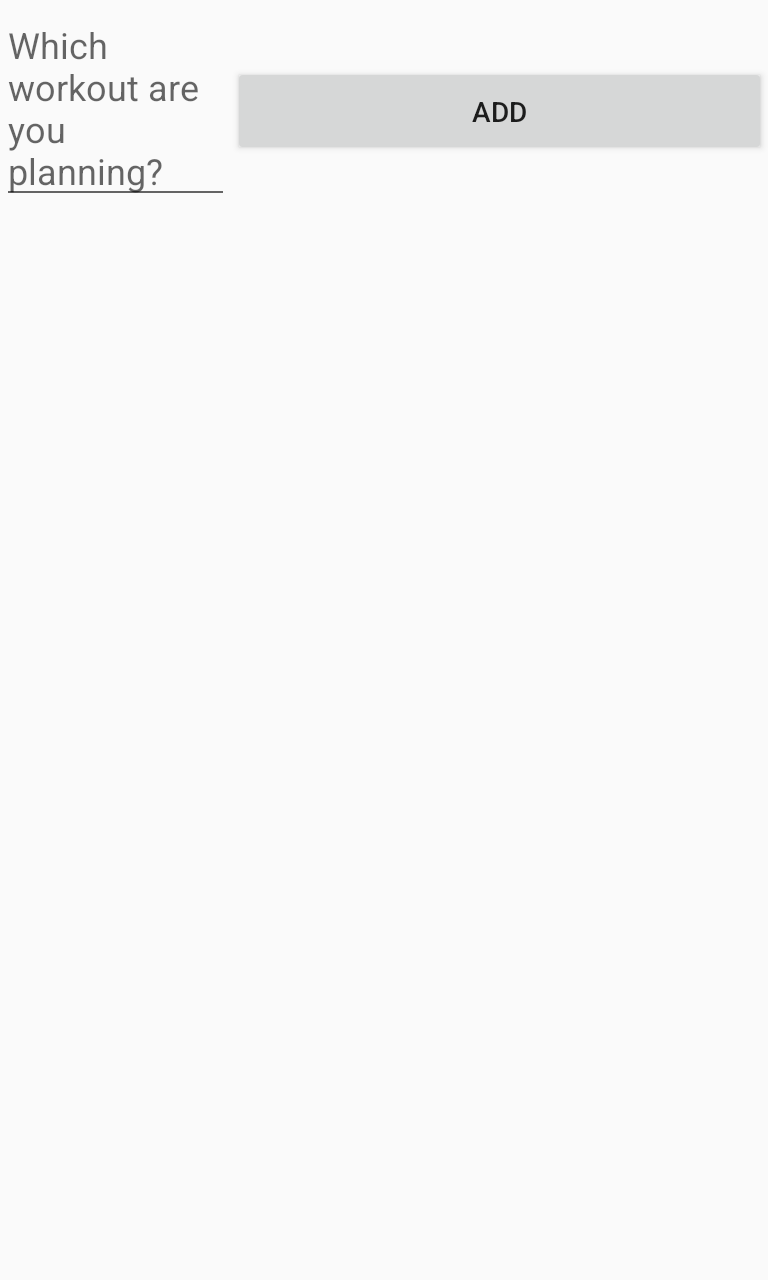
Repository: apoorvelec/AndroidApps
Layout: Gymdroid/res/layout/activity_monday.xml
These files come from the project's save history. The layout is drawn as it stood at one moment and after the next save; the edit follows.
It is drawn on a 768 x 1280 px phone screen (xhdpi) without system bars, with theme AppTheme; the app's code is not run.

Above is the layout before, as saved 2016-07-16 23:54:33.

### Gymdroid/res/layout/activity_monday.xml
<?xml version="1.0" encoding="utf-8"?>
<LinearLayout xmlns:android="http://schemas.android.com/apk/res/android"
    android:layout_width="match_parent"
    android:layout_height="match_parent"
    android:orientation="vertical" >

    <LinearLayout
        android:layout_width="fill_parent"
        android:layout_height="wrap_content"
        android:orientation="horizontal">

    	<EditText
        	android:id="@+id/monday_workout_suggestion"
        	android:layout_width="fill_parent"
        	android:layout_height="wrap_content"
        	android:layout_weight="7"
        	android:focusable="true"
        	android:hint="@string/workout_suggestion_hint" />
    	<Button
    	    android:id="@+id/monday_workout_suggestion_btn"
    	    android:layout_height="wrap_content"
    	    android:layout_width="fill_parent"
    	    android:layout_weight="3"
    	    android:text="add"
    	    />
    </LinearLayout>



</LinearLayout>

### Gymdroid/res/values/strings.xml
<?xml version="1.0" encoding="utf-8"?>
<resources>

    <string name="app_name">Gymdroid</string>
    <string name="hello_world">Hello world!</string>
    <string name="action_settings">Settings</string>

    <string name="monday_button">Monday</string>
    <string name="tuesday_button">Tuesday</string>
    <string name="wednesday_button">Wednesday</string>
    <string name="thursday_button">Thursday</string>
    <string name="friday_button">Friday</string>

    <string name="monday_workout">Monday Workout Schedule</string>
    <string name="tuesday_workout">Tuesday Workout Schedule</string>
    <string name="wednesday_workout">Wednesday Workout Schedule</string>
    <string name="thursday_workout">Thursday Workout Schedule</string>
    <string name="friday_workout">Friday Workout Schedule</string>

    <string name="workout_suggestion_hint">Which workout are you planning?</string>
</resources>

Loaded but not shown: Gymdroid/res/values/styles.xml (common file); Gymdroid/res/values-v11/styles.xml (common file); Gymdroid/res/values-v14/styles.xml (common file)

After the next save:
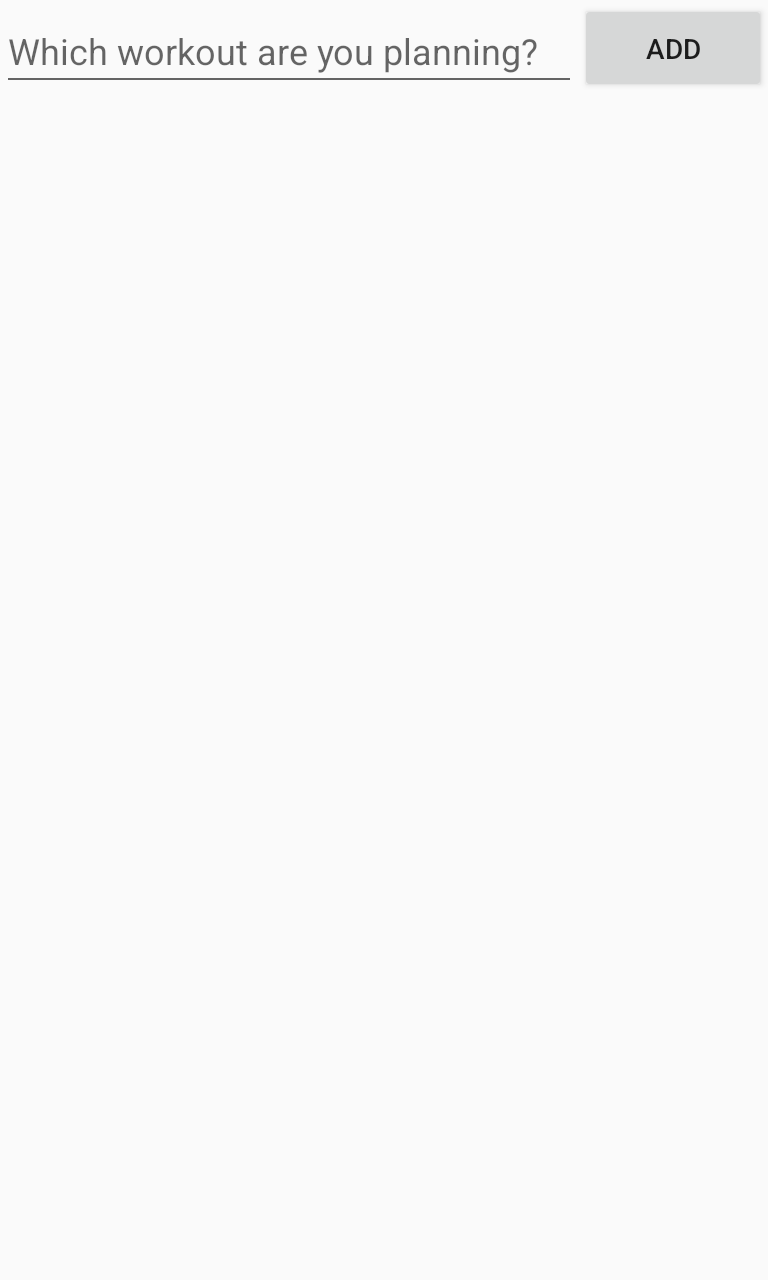
Saved 83 s later.
--- a/Gymdroid/res/layout/activity_monday.xml
+++ b/Gymdroid/res/layout/activity_monday.xml
@@ -11,15 +11,15 @@
 
     	<EditText
         	android:id="@+id/monday_workout_suggestion"
-        	android:layout_width="fill_parent"
-        	android:layout_height="wrap_content"
+        	android:layout_width="wrap_content"
+        	android:layout_height="fill_parent"
         	android:layout_weight="7"
         	android:focusable="true"
         	android:hint="@string/workout_suggestion_hint" />
     	<Button
     	    android:id="@+id/monday_workout_suggestion_btn"
-    	    android:layout_height="wrap_content"
-    	    android:layout_width="fill_parent"
+    	    android:layout_height="fill_parent"
+    	    android:layout_width="wrap_content"
     	    android:layout_weight="3"
     	    android:text="add"
     	    />
